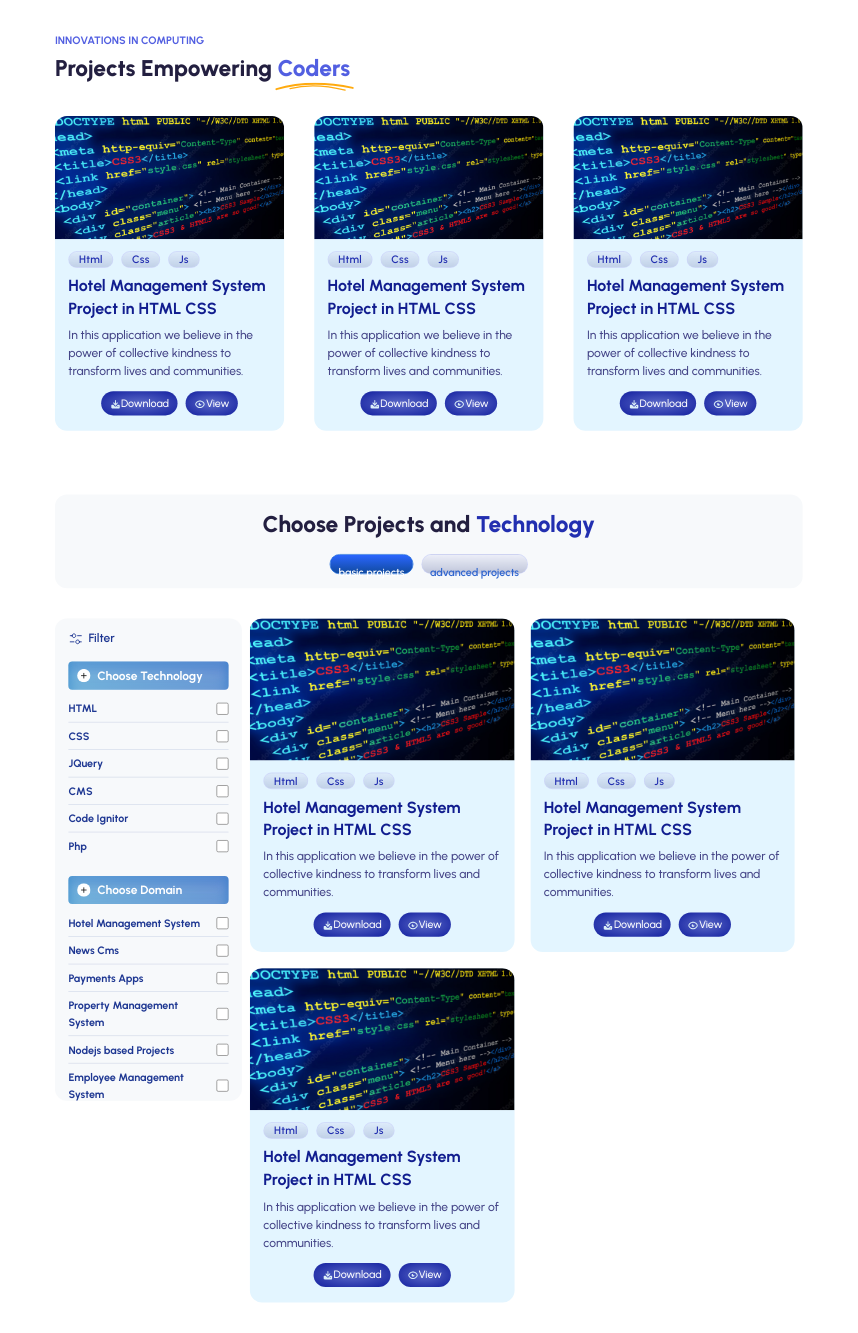
Repository: sharma171/jtccreativeideas
Page: /newsection (app in nextjssite/)
The author's editor kept a copy of each file at every save. The page is drawn from the files as they stood at one save, then again after the next save.
The browser window is 1280 px wide. The pictures show the whole page, at 67% of full size.
The project was rebuilt for these pictures with package versions that can differ from the ones it lists, and the page was loaded fresh each time. The framework's server and built-in components were replaced by stand-ins that run in the browser. Also part of the build but not shown: nextjssite/next.config.mjs.

Above is the page before, as saved 2024-03-30 18:44:42.

### nextjssite/src/app/layout.js
// import { Inter } from "next/font/google";
// import "./globals.css";
import 'bootstrap/dist/css/bootstrap.min.css';

// const inter = Inter({ subsets: ["latin"] });

export const metadata = {
  title: "Create Next App",
  description: "Generated by create next app",
};

 const RootLayout = ({ children }) => {
  return (
    <html lang="en">
      <body>
        {/* Layout UI */}
        <main>{children}</main>
      </body>
    </html>
  )
}
export default RootLayout;

### nextjssite/src/app/newsection/page.jsx
import React from 'react'
import "./page.css"
import Headicon from "./after-head-icon.svg"
import Image from 'next/image'
import Link from 'next/link'
import Projimg1 from './images/projsection1.png'
import Projimg2 from './images/projsection2.png'
import Projimg3 from './images/projsection3.png'
import Downloadicon from './images/Download-icon.svg'
import Viewicon from './images/view-icon.svg'
const Page = () => {
    return(
        <>
        <section className="projects">
            <div className="container">
                <div className="col-flex main-head">
                    <h5 className="small-head">Innovations in Computing</h5>
                    <h3 className="bghead">Projects Empowering <span>Coders
                        <Image src={Headicon}></Image></span></h3>
                </div>
                <ul className="project-cards">
                    <li>

                        <div className="card-inner">
                            <Image src={Projimg1} alt="project" className="thumb"></Image>
                            <div className="info">
                                <div className="tech-info">
                                    <span>Html</span>
                                    <span>Css</span>
                                    <span>Js</span>
                                </div>
                                <Link href="/newsection" className="text-link">
                                    <h3 className="heading">
                                        Hotel Management System Project in HTML CSS
                                    </h3>
                                </Link>
                                <p className="cardpara">
                                    In this application we believe in the power of collective kindness to transform lives and communities.
                                </p>
                                <div className="card-button">
                                    <a href="" className="bot-button">
                                        <Image src={Downloadicon} alt='icon'></Image>
                                        Download
                                    </a>
                                    <a href="" className="bot-button">
                                        <Image src={Viewicon} alt='icon'></Image>
                                        View
                                    </a>
                                </div>
                            </div>
                        </div>
                    </li>
                    <li>

                            <div className="card-inner">
                                <Image src={Projimg1} alt="project" className="thumb"></Image>
                                <div className="info">
                                    <div className="tech-info">
                                        <span>Html</span>
                                        <span>Css</span>
                                        <span>Js</span>
                                    </div>
                                    <Link href="/newsection" className="text-link">
                                        <h3 className="heading">
                                            Hotel Management System Project in HTML CSS
                                        </h3>
                                    </Link>
                                    <p className="cardpara">
                                        In this application we believe in the power of collective kindness to transform lives and communities.
                                    </p>
                                    <div className="card-button">
                                        <a href="" className="bot-button">
                                            <Image src={Downloadicon} alt='icon'></Image>
                                            Download
                                        </a>
                                        <a href="" className="bot-button">
                                            <Image src={Viewicon} alt='icon'></Image>
                                            View
                                        </a>
                                    </div>
                                </div>
                            </div>
                    </li>
                    <li>

                            <div className="card-inner">
                                <Image src={Projimg1} alt="project" className="thumb"></Image>
                                <div className="info">
                                    <div className="tech-info">
                                        <span>Html</span>
                                        <span>Css</span>
                                        <span>Js</span>
                                    </div>
                                    <Link href="/newsection" className="text-link">
                                        <h3 className="heading">
                                            Hotel Management System Project in HTML CSS
                                        </h3>
                                    </Link>
                                    <p className="cardpara">
                                        In this application we believe in the power of collective kindness to transform lives and communities.
                                    </p>
                                    <div className="card-button">
                                        <a href="" className="bot-button">
                                            <Image src={Downloadicon} alt='icon'></Image>
                                            Download
                                        </a>
                                        <a href="" className="bot-button">
                                            <Image src={Viewicon} alt='icon'></Image>
                                            View
                                        </a>
                                    </div>
                                </div>
                            </div>
                    </li>
                </ul>
            </div>
        </section>
        <section className="project-category">
            <div className="container">
                <div className="ecom-head">
                    <h2 className="top-head">Choose Projects and <span>Technology</span></h2>
                    <div className="tabs">
                        <div className="tab-button active">basic projects</div>
                        <div className="tab-button">advanced projects</div>
                    </div>
                </div>
                <div class="row ecompad">
                    <div class="col-md-3 ecom-filter">
                        <div className="icon-tophead">
                            <svg width="24" height="24" viewBox="0 0 24 24" fill="none" xmlns="http://www.w3.org/2000/svg">
                                <path d="M3 7H6M6 7C6 8.65685 7.34315 10 9 10C10.6569 10 12 8.65685 12 7C12 5.34315 10.6569 4 9 4C7.34315 4 6 5.34315 6 7ZM3 17H9M18 17H21M18 17C18 18.6569 16.6569 20 15 20C13.3431 20 12 18.6569 12 17C12 15.3431 13.3431 14 15 14C16.6569 14 18 15.3431 18 17ZM15 7H21" stroke="#1E3792" stroke-width="1.5" stroke-linecap="round"/>
                            </svg>
                            <h3 className="head">
                                Filter
                            </h3>
                        </div>
                        <div className="filter-head">
                            <svg width="20" height="20" viewBox="0 0 20 20" fill="none" xmlns="http://www.w3.org/2000/svg">
                                <circle cx="10" cy="10" r="10" fill="white"/>
                                <path id="one" d="M6.5 10H13.5" stroke="#121212" stroke-width="1.2" stroke-linecap="round" stroke-linejoin="round"/>
                                <path id="two" d="M10 13.6L10 6.59998" stroke="#121212" stroke-width="1.2" stroke-linecap="round" stroke-linejoin="round"/>
                            </svg>
                            <h3 className="head">Choose Technology</h3>
                        </div>
                        <ul className="filter-techlist">
                            <li><label htmlFor="checklist1">HTML</label><input type="checkbox" id="checklist1" /></li>
                            <li><label htmlFor="checklist2">CSS</label><input type="checkbox" id="checklist2" /></li>
                            <li><label htmlFor="checklist3">JQuery</label><input type="checkbox" id="checklist3" /></li>
                            <li><label htmlFor="checklist3">CMS</label><input type="checkbox" id="checklist3" /></li>
                            <li><label htmlFor="checklist3">Code Ignitor</label><input type="checkbox" id="checklist3" /></li>
                            <li><label htmlFor="checklist3">Php</label><input type="checkbox" id="checklist3" /></li>
                        </ul>
                        <div className="filter-head">
                            <svg width="20" height="20" viewBox="0 0 20 20" fill="none" xmlns="http://www.w3.org/2000/svg">
                                <circle cx="10" cy="10" r="10" fill="white"/>
                                <path id="one" d="M6.5 10H13.5" stroke="#121212" stroke-width="1.2" stroke-linecap="round" stroke-linejoin="round"/>
                                <path id="two" d="M10 13.6L10 6.59998" stroke="#121212" stroke-width="1.2" stroke-linecap="round" stroke-linejoin="round"/>
                            </svg>
                            <h3 className="head">Choose Domain</h3>
                        </div>
                        <ul className="filter-techlist">
                            <li><label htmlFor="checklist1">Hotel Management System</label><input type="checkbox" id="checklist1" /></li>
                            <li><label htmlFor="checklist2">News Cms</label><input type="checkbox" id="checklist2" /></li>
                            <li><label htmlFor="checklist3">Payments Apps</label><input type="checkbox" id="checklist3" /></li>
                            <li><label htmlFor="checklist3">Property Management System</label><input type="checkbox" id="checklist3" /></li>
                            <li><label htmlFor="checklist3">Nodejs based Projects</label><input type="checkbox" id="checklist3" /></li>
                            <li><label htmlFor="checklist3">Employee Management System</label><input type="checkbox" id="checklist3" /></li>
                        </ul>
                    </div>
                    <div class="col-md-9 ecom-content">
                    <ul className="project-cards">
                        <li>

                            <div className="card-inner">
                                <Image src={Projimg1} alt="project" className="thumb"></Image>
                                <div className="info">
                                    <div className="tech-info">
                                        <span>Html</span>
                                        <span>Css</span>
                                        <span>Js</span>
                                    </div>
                                    <Link href="/newsection" className="text-link">
                                        <h3 className="heading">
                                            Hotel Management System Project in HTML CSS
                                        </h3>
                                    </Link>
                                    <p className="cardpara">
                                        In this application we believe in the power of collective kindness to transform lives and communities.
                                    </p>
                                    <div className="card-button">
                                        <a href="" className="bot-button">
                                            <Image src={Downloadicon} alt='icon'></Image>
                                            Download
                                        </a>
                                        <a href="" className="bot-button">
                                            <Image src={Viewicon} alt='icon'></Image>
                                            View
                                        </a>
                                    </div>
                                </div>
                            </div>
                        </li>
                        <li>

                                <div className="card-inner">
                                    <Image src={Projimg1} alt="project" className="thumb"></Image>
                                    <div className="info">
                                        <div className="tech-info">
                                            <span>Html</span>
                                            <span>Css</span>
                                            <span>Js</span>
                                        </div>
                                        <Link href="/newsection" className="text-link">
                                            <h3 className="heading">
                                                Hotel Management System Project in HTML CSS
                                            </h3>
                                        </Link>
                                        <p className="cardpara">
                                            In this application we believe in the power of collective kindness to transform lives and communities.
                                        </p>
                                        <div className="card-button">
                                            <a href="" className="bot-button">
                                                <Image src={Downloadicon} alt='icon'></Image>
                                                Download
                                            </a>
                                            <a href="" className="bot-button">
                                                <Image src={Viewicon} alt='icon'></Image>
                                                View
                                            </a>
                                        </div>
                                    </div>
                                </div>
                        </li>
                        <li>

                                <div className="card-inner">
                                    <Image src={Projimg1} alt="project" className="thumb"></Image>
                                    <div className="info">
                                        <div className="tech-info">
                                            <span>Html</span>
                                            <span>Css</span>
                                            <span>Js</span>
                                        </div>
                                        <Link href="/newsection" className="text-link">
                                            <h3 className="heading">
                                                Hotel Management System Project in HTML CSS
                                            </h3>
                                        </Link>
                                        <p className="cardpara">
                                            In this application we believe in the power of collective kindness to transform lives and communities.
                                        </p>
                                        <div className="card-button">
                                            <a href="" className="bot-button">
                                                <Image src={Downloadicon} alt='icon'></Image>
                                                Download
                                            </a>
                                            <a href="" className="bot-button">
                                                <Image src={Viewicon} alt='icon'></Image>
                                                View
                                            </a>
                                        </div>
                                    </div>
                                </div>
                        </li>
                    </ul>
                    </div>
                </div>
            </div>
        </section>
        </>
    )
}
export default Page;

Loaded but not shown: nextjssite/src/app/newsection/page.css (406 lines, source omitted)

After the next save:
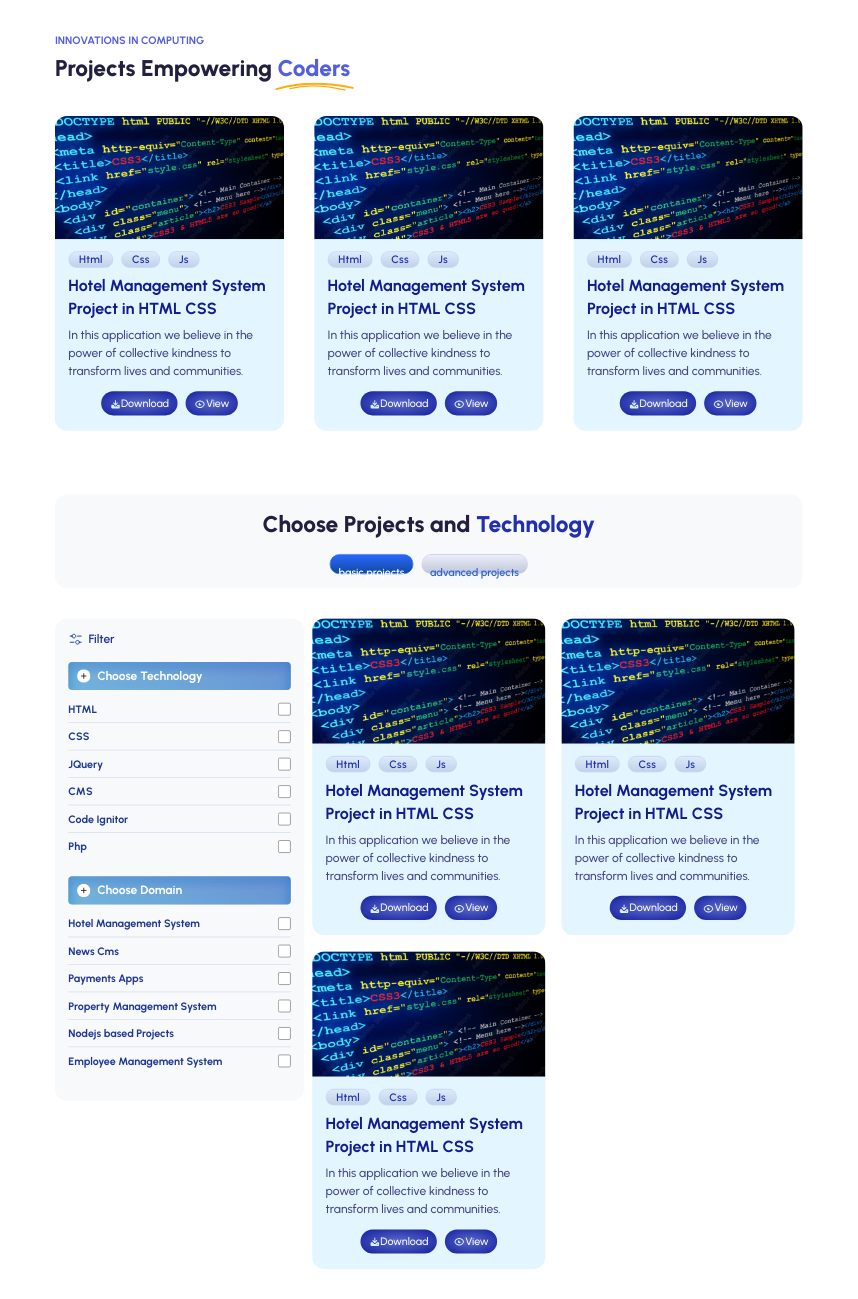
Saved 57 s later.
--- a/nextjssite/src/app/newsection/page.jsx
+++ b/nextjssite/src/app/newsection/page.jsx
@@ -125,7 +125,7 @@ const Page = () => {
                     </div>
                 </div>
                 <div class="row ecompad">
-                    <div class="col-md-3 ecom-filter">
+                    <div class="col-md-4 ecom-filter">
                         <div className="icon-tophead">
                             <svg width="24" height="24" viewBox="0 0 24 24" fill="none" xmlns="http://www.w3.org/2000/svg">
                                 <path d="M3 7H6M6 7C6 8.65685 7.34315 10 9 10C10.6569 10 12 8.65685 12 7C12 5.34315 10.6569 4 9 4C7.34315 4 6 5.34315 6 7ZM3 17H9M18 17H21M18 17C18 18.6569 16.6569 20 15 20C13.3431 20 12 18.6569 12 17C12 15.3431 13.3431 14 15 14C16.6569 14 18 15.3431 18 17ZM15 7H21" stroke="#1E3792" stroke-width="1.5" stroke-linecap="round"/>
@@ -167,7 +167,7 @@ const Page = () => {
                             <li><label htmlFor="checklist3">Employee Management System</label><input type="checkbox" id="checklist3" /></li>
                         </ul>
                     </div>
-                    <div class="col-md-9 ecom-content">
+                    <div class="col-md-8 ecom-content">
                     <ul className="project-cards">
                         <li>
 
